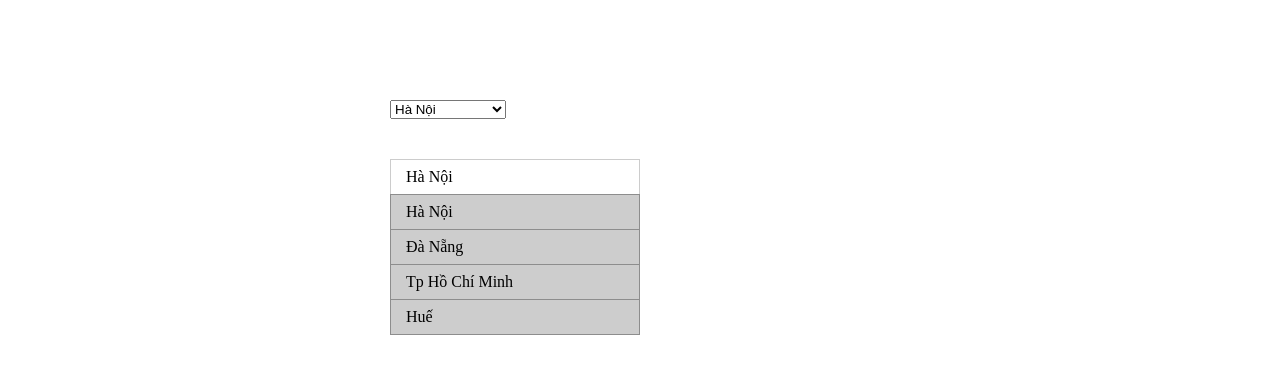
Repository: khanhbinh87/learnJs
Page: customSelect/index.html
These files come from the project's save history. The page is drawn as it stood at one moment and after a run of saves; the edit follows.
The browser window is 1280 px wide. The pictures show the whole page.
The pointer rests on the first visible `.wrapper-selected > .list-options > li`.

Above is the page before, as saved 2021-06-16 14:14:06.

After the next 2 saves:
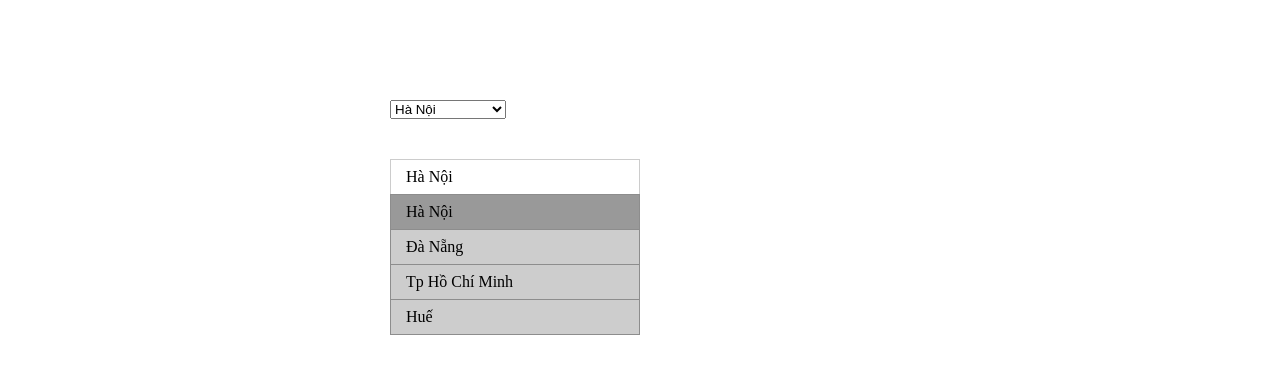
The 2 saves are shown as one change because they came seconds apart.
The last was saved 8 s later.
--- a/customSelect/style.css
+++ b/customSelect/style.css
@@ -34,5 +34,5 @@ body{
     cursor: pointer;
 }
 .wrapper-selected > .list-options > li:hover{
-
+    background-color: #999;
 }
